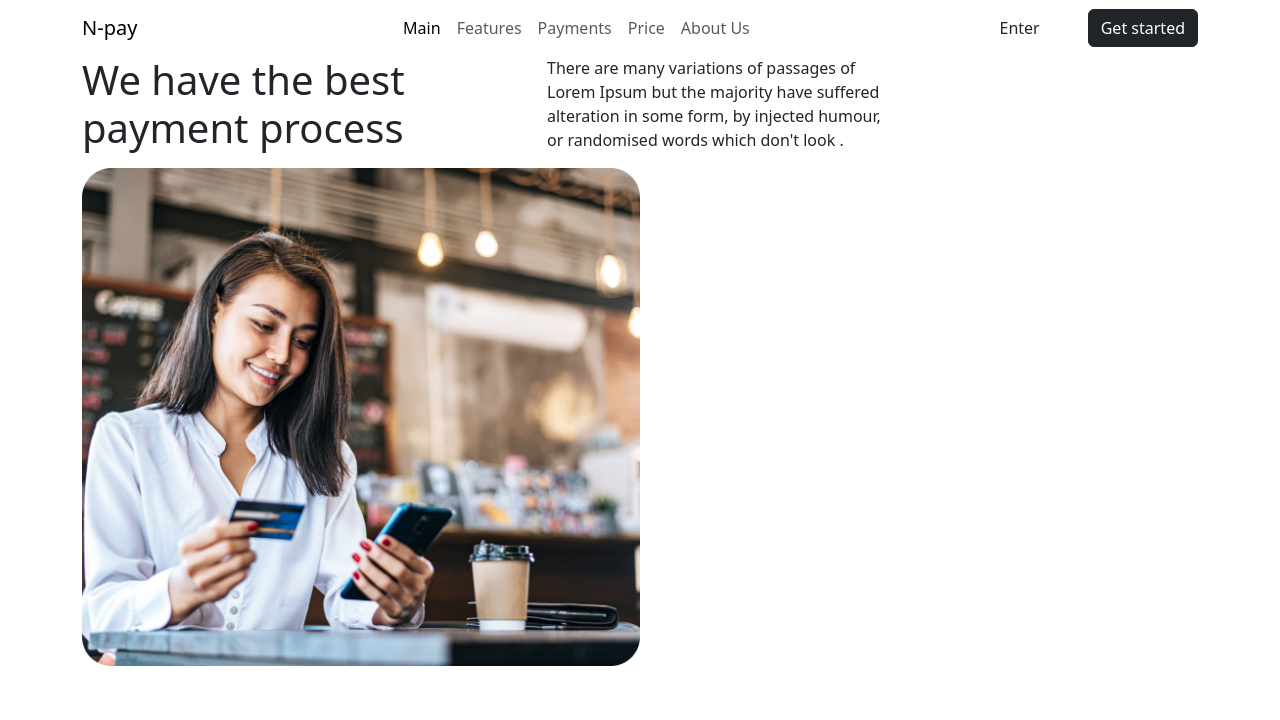
Repository: Senianga/N-pay
Page: index.html
These files come from the project's save history. The page is drawn as it stood at one moment and after a run of saves; the edit follows.
The browser window is 1280 px wide. The pictures show the whole page.
The style sheet was rebuilt from its Sass, Less or Tailwind sources for each picture, by a compiler version that may differ from the author's.

Above is the page before, as saved 2023-05-01 15:08:08.

After the next 3 saves:
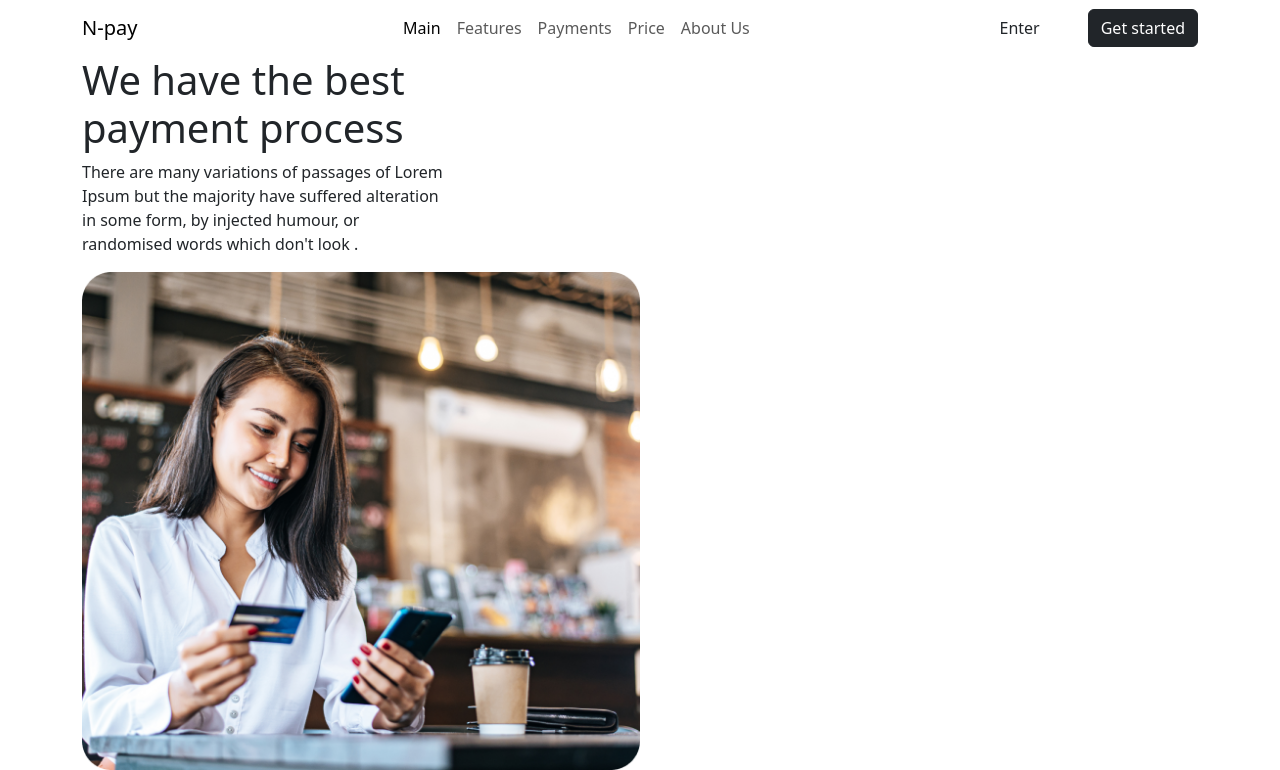
The 3 saves are shown as one change because they came seconds apart.
The last was saved 9 s later.
--- a/index.html
+++ b/index.html
@@ -49,16 +49,16 @@
             <div class="container">
                 <div class="row col-mg-6 col-sm-12">
                     <div class="first-segment">
+                        <h1 class="col-5 align-items-center">
+                            We have the best
+                            payment process
+                        </h1>
+                        <p class="col-4">
+                            There are many variations of passages of Lorem Ipsum
+                            but the majority have suffered alteration in some form, by injected humour, or randomised words which don't look .
+                        </p>
+                    </div>
 
-                    </div>
-                    <h1 class="col-5 align-items-center">
-                        We have the best
-                        payment process
-                    </h1>
-                    <p class="col-4">
-                        There are many variations of passages of Lorem Ipsum
-                        but the majority have suffered alteration in some form, by injected humour, or randomised words which don't look .
-                    </p>
                     </div>
                     <div class="img ">
                         <img src="img/image.png" alt="Main picture" class="img-fluid col-md-6 col-sm-12 rounded float-start me-1">
